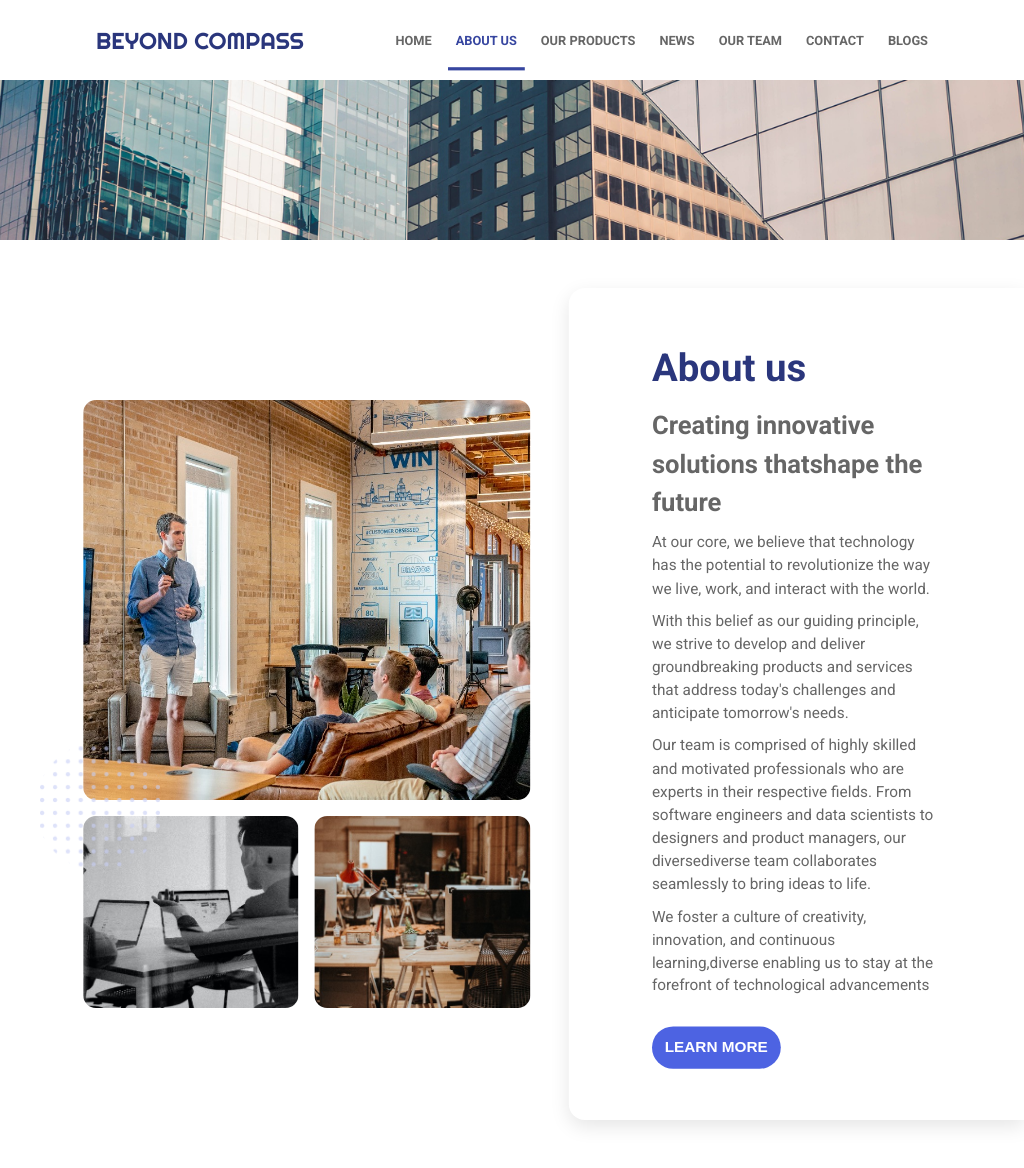
Repository: trunghau06/baitapRn
Page: pages/about.html
An editor plug-in stored every save of this project. The page is shown before and after the next save, followed by the edit.
The browser window is 1280 px wide. The pictures show the whole page, at 80% of full size.

Above is the page before, as saved 2025-10-10 11:06:20.

After the next save:
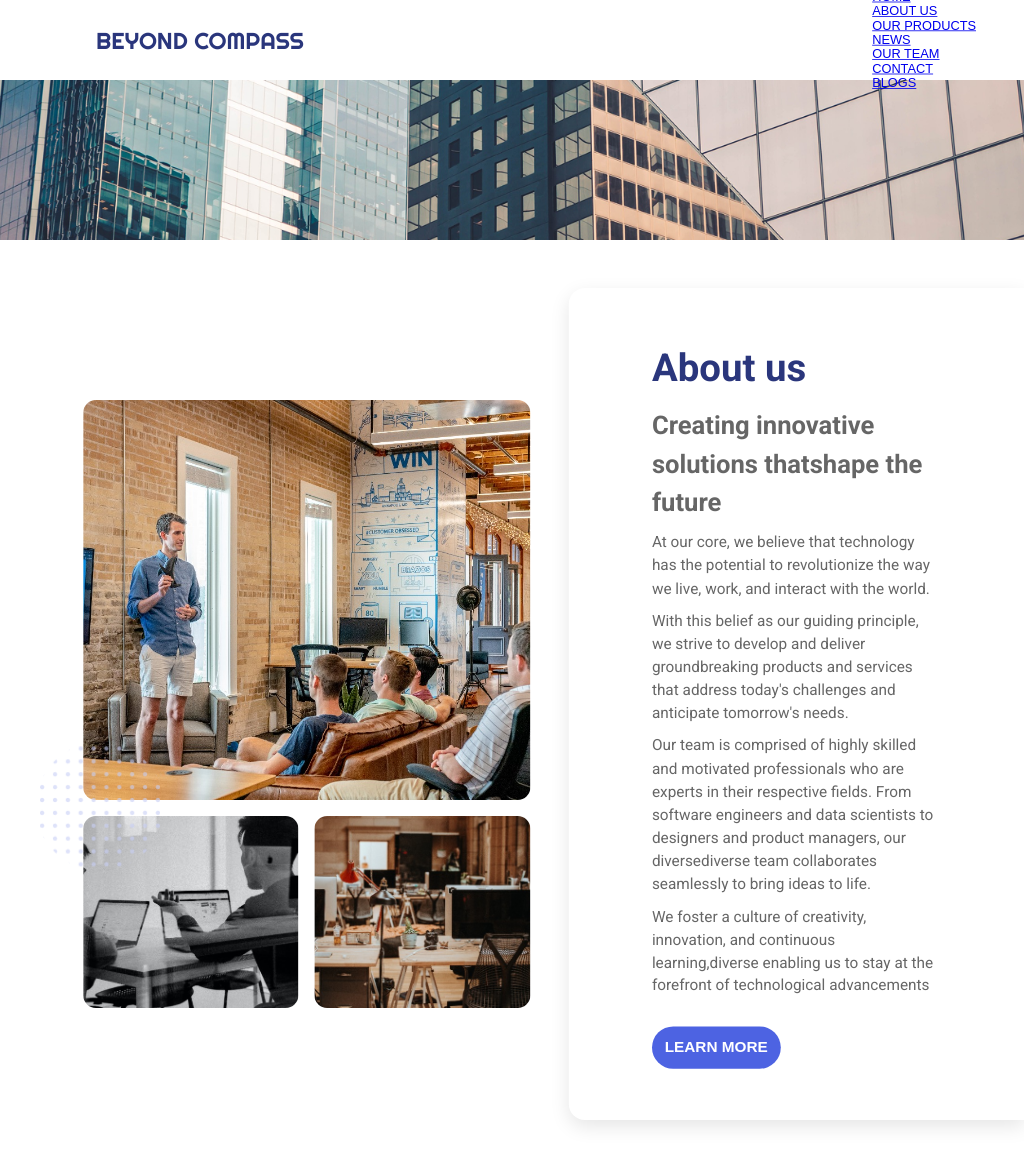
Saved 19 s later.
--- a/pages/about.html
+++ b/pages/about.html
@@ -17,15 +17,13 @@
 
             <!-- Navigation Menu -->
             <nav>
-                <ul>
-                   <li><a href="../index.html">HOME</a></li>
-                    <li><a href="about.html" class="active">ABOUT US</a></li>
-                    <li><a href="product.html">OUR PRODUCTS</a></li>
-                    <li><a href="news.html">NEWS</a></li>
-                    <li><a href="team.html">OUR TEAM</a></li>
-                    <li><a href="contact.html">CONTACT</a></li>
-                    <li><a href="blogs.html">BLOGS</a></li>
-                </ul>
+                <div class="menu-item active"><a href="index.html" class="active">HOME</a></div>
+                <div class="menu-item"><a href="pages/about.html">ABOUT US</a></div>
+                <div class="menu-item"><a href="pages/product.html">OUR PRODUCTS</a></div>
+                <div class="menu-item"><a href="pages/news.html">NEWS</a></div>
+                <div class="menu-item"><a href="pages/team.html">OUR TEAM</a></div>
+                <div class="menu-item"><a href="pages/contact.html">CONTACT</a></div>
+                <div class="menu-item"><a href="pages/blogs.html">BLOGS</a></div>
             </nav>
         </div>
     </header>
